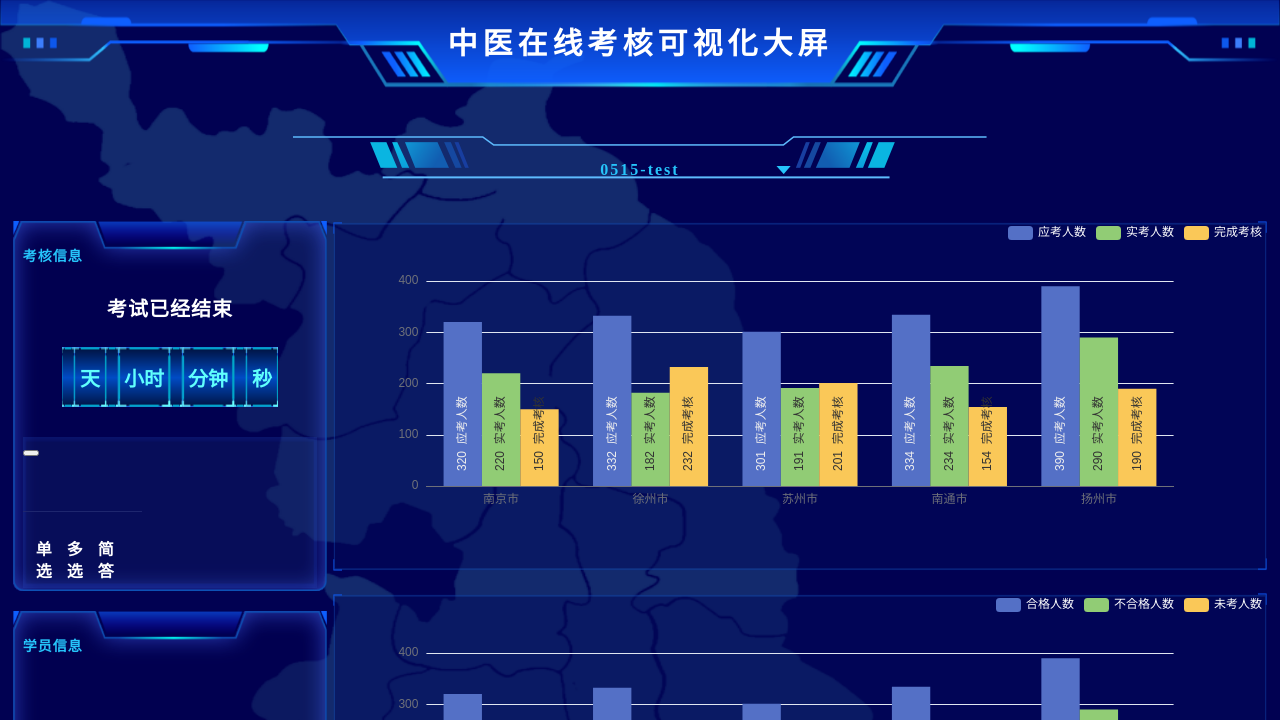
Repository: krislorem/medicine-online-datascreen-vue
Page: /
The author's editor kept a copy of each file at every save. The page is drawn from the files as they stood at one save, then again after the next save.
The browser window is 1280 px wide. The pictures show the whole page.
The project was rebuilt for these pictures with package versions that can differ from the ones it lists, and the page was loaded fresh each time. Also part of the build but not shown: vite.config.ts.

Above is the page before, as saved 2024-12-04 20:45:33.

After the next save:
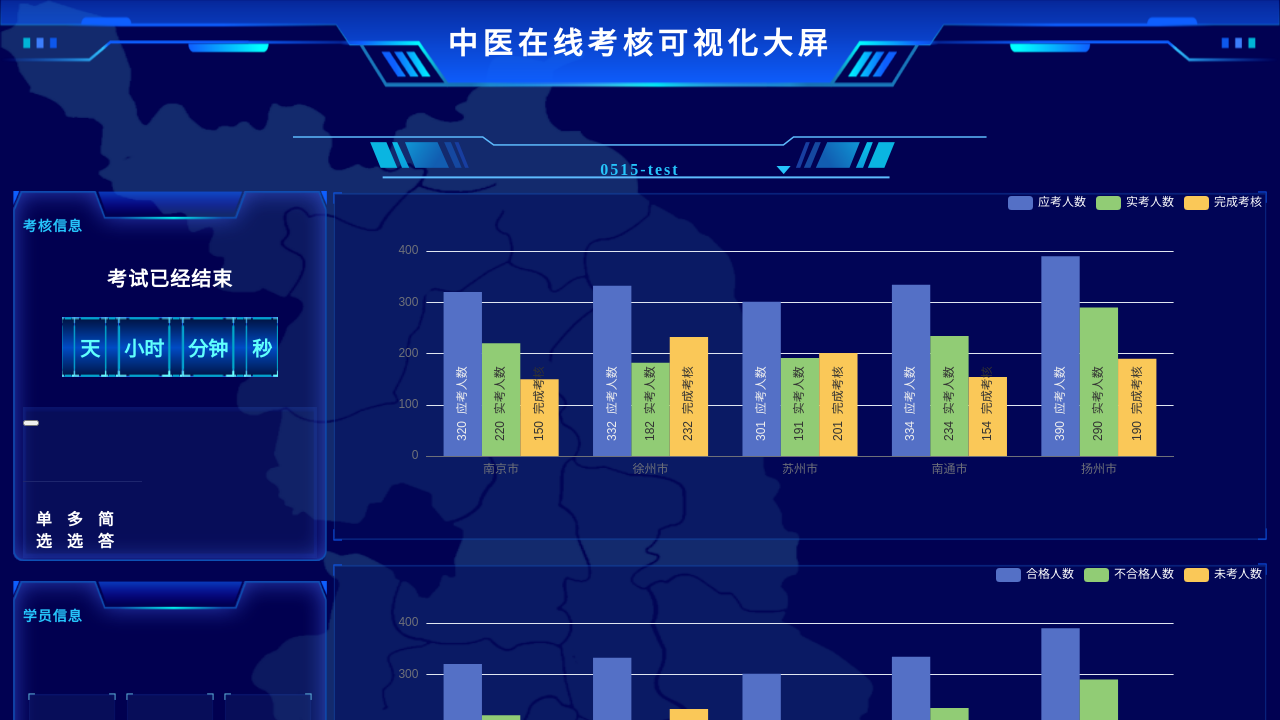
Saved 12 s later.
--- a/src/views/HomeView.vue
+++ b/src/views/HomeView.vue
@@ -195,8 +195,7 @@ body {
 #all-info {
   width: 100%;
   height: 796px;
-  margin: 20px auto 10px;
-  padding: 10px 0;
+  /* margin: 20px auto 10px; */
   display: -webkit-box;
   display: -ms-flexbox;
   display: flex;
